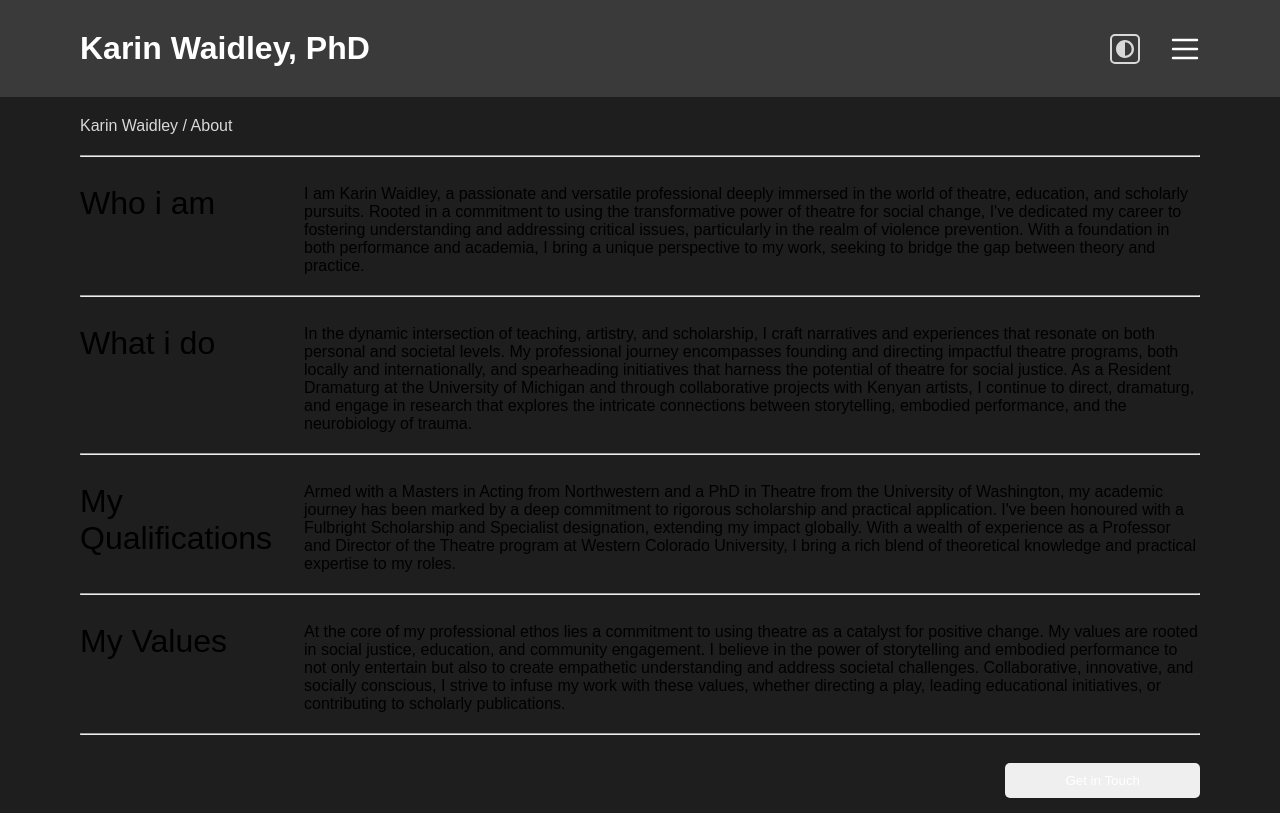
Repository: Ceasor7/Karin
Page: about.html
These files come from the project's save history. The page is drawn as it stood at one moment and after the next save; the edit follows.
The browser window is 1280 px wide. The pictures show the whole page.

Above is the page before, as saved 2023-12-14 17:43:49.

After the next save:
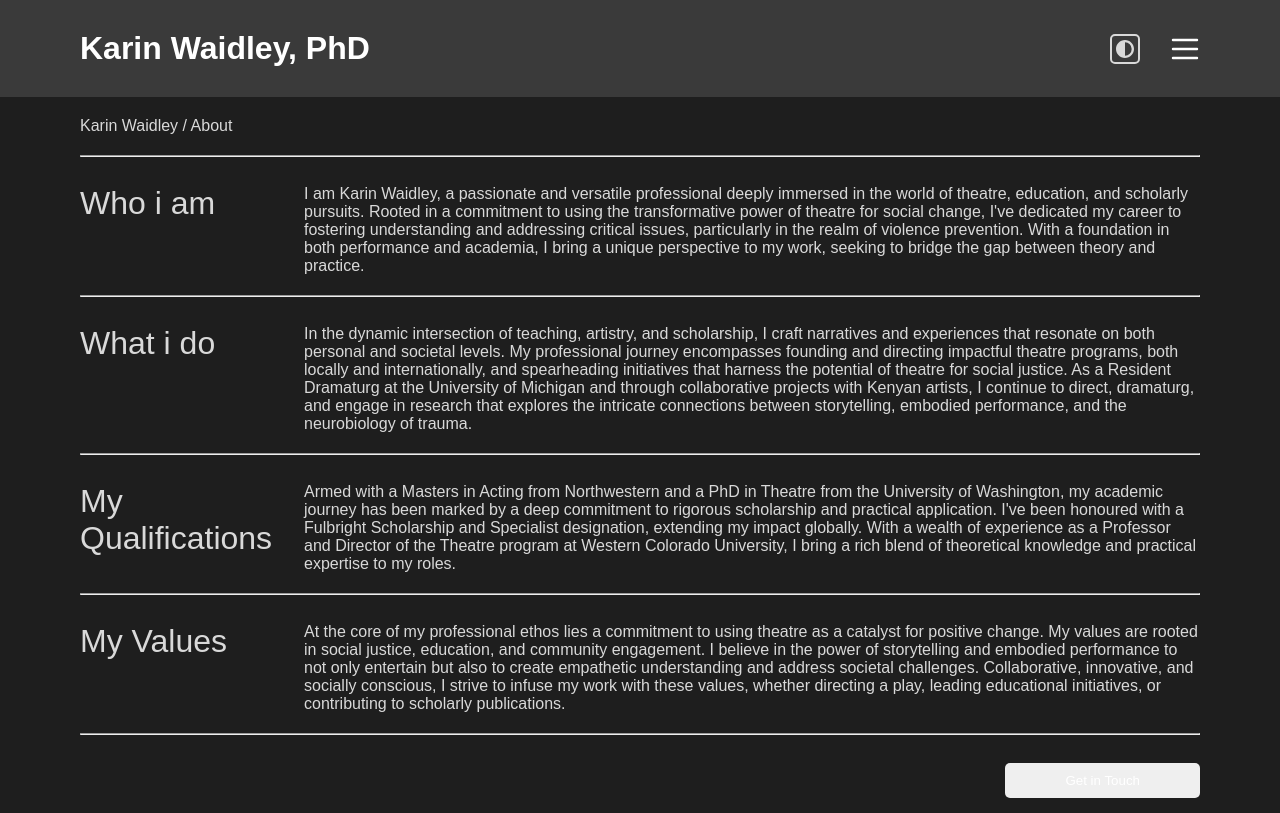
Saved 56 s later.
--- a/about.html
+++ b/about.html
@@ -43,12 +43,14 @@
             float: left;
             width: 20%;
             font-size: 2em;
+            color: var(--secondary-color);
         }
 
         article {
             float: left;
             width: 80%;
             margin-bottom: 20px;
+            color: var(--secondary-color);
         }
 
         /* Clear floats after the columns */
